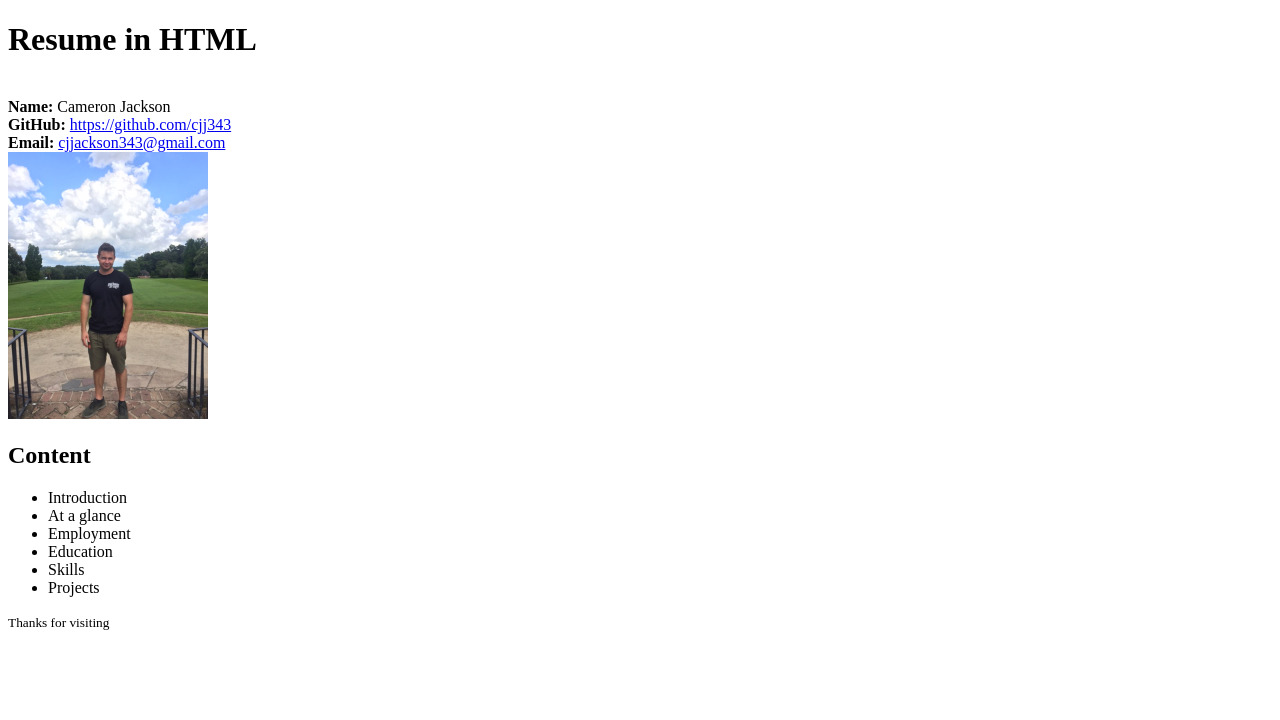
Repository: cjj343/html_resume
Page: index.html
The author's editor kept a record of every edit. The page is drawn from the files as they stood at one moment, then again after the next edit.
The browser window is 1280 px wide. The pictures show the whole page.

Above is the page before.

After the next edit:
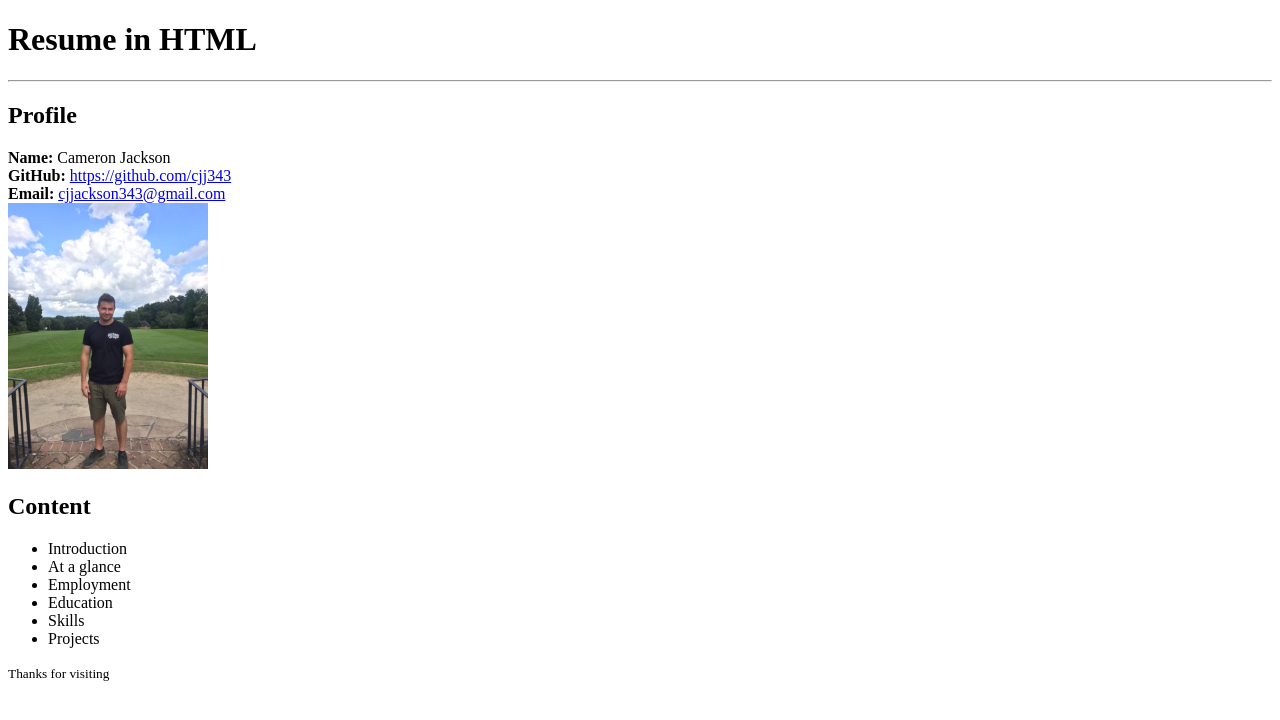
The edit:
--- a/index.html
+++ b/index.html
@@ -6,7 +6,9 @@
 </head>
 <body>
     <div>
-        <h1>Resume in HTML</h1><br>
+        <h1>Resume in HTML</h1>
+        <hr>
+        <h2>Profile</h2>
         <b>Name: </b>Cameron Jackson <br>
         <b>GitHub: </b> <a href="https://github.com/cjj343">https://github.com/cjj343</a><br>
         <b>Email: </b> <a href="mailto:cjjackson343@gmail.com">cjjackson343@gmail.com</a><br>
